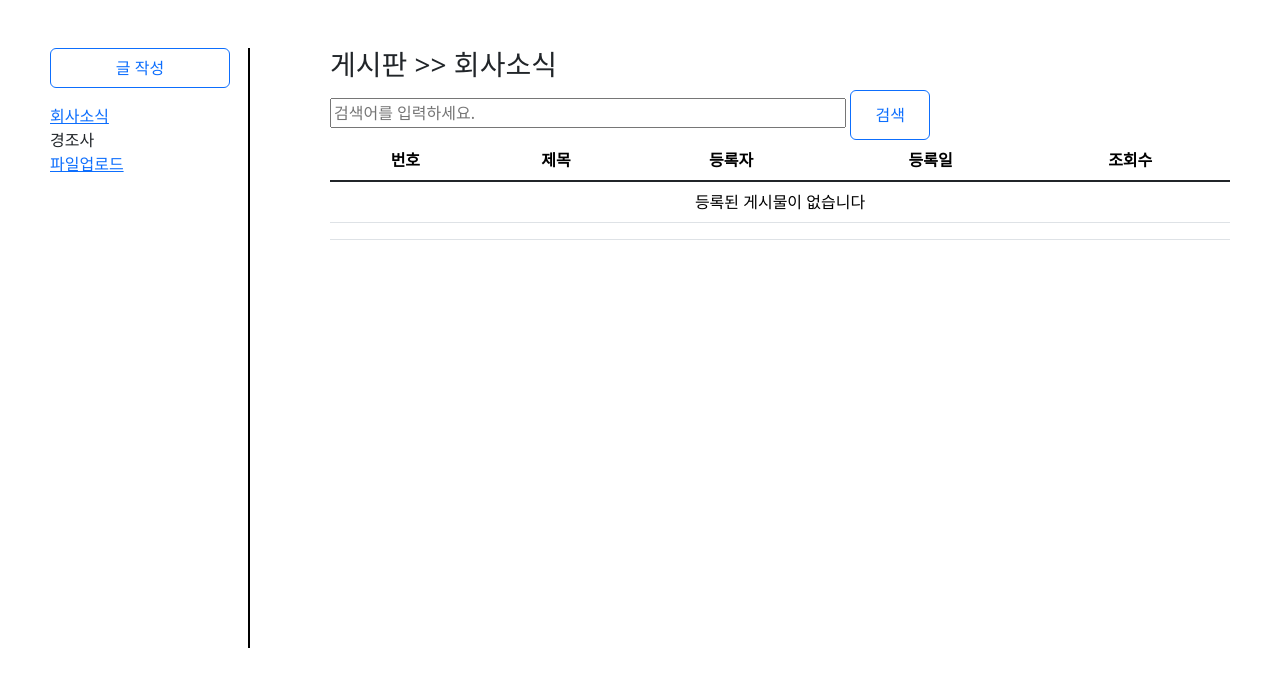
Repository: KimDongGyuu/final
Page: http://localhost/aceworks/WEB-INF/views/company_news/company_news_List.jsp
These files come from the project's save history. The page is drawn as it stood at one moment and after the next save; the edit follows.
The browser window is 1280 px wide. The pictures show the whole page.
The page is served by Tomcat 9. Nobody is signed in. Other server files are loaded and not shown. The template is opened directly, without the code that normally fills it, so the values that code supplies are empty.

Above is the page before, as saved 2024-03-16 13:21:24.

### aceworks/src/main/webapp/WEB-INF/views/company_news/company_news_List.jsp
<%@ page language="java" contentType="text/html; charset=UTF-8"
	pageEncoding="UTF-8"%>
<%@ include file="/WEB-INF/views/include/style.jsp"%>
<%@ taglib uri="http://java.sun.com/jsp/jstl/core" prefix="c"%>
<!DOCTYPE html>
<html>
<head>
<meta charset="UTF-8">
<title>Insert title here</title>
<style>
#left {
	width: 200px;
	height: 600px;
	float: left;
	border-right: 2px solid black;
	margin-left: 50px;
}

#right {
	width: 900px;
	height: 600px;
	margin-left: 330px;
}

#bt {
	width: 180px;
	height: 40px;
}

#Sbt {
	width: 80px;
	height: 50px;
}

h3 {
	text-align: center;
}
</style>
</head>
<body>


	<div>
		<div id="left">
			<button id="bt" type="button" class="btn btn-outline-primary"
				onclick="location.href='company_news_Writeform.do';">글 작성</button>
<div class="mt-3"><a href="company_news_List.do">회사소식</a> <br> 경조사 <br><a href="fileUploadForm.do">파일업로드</a></div>
		</div>
		<div id="right">
		<div class="mt-5 mb-2"><span class="h3">게시판 &gt;&gt; 회사소식</span></div>
<div>
    <form action="company_newsSearch.do">
        <input type="text" id="searchKeyword" name="keyword" placeholder="검색어를 입력하세요." size="50">
        <button id="Sbt" type="submit" class="btn btn-outline-primary">검색</button>
    </form>
</div>
			<table width="1000" cellspacing="0" class="table table-hover">
				<thead>
					<tr align="center">
						<th scope="col">번호</th>
						<th scope="col">제목</th>
						<th scope="col">등록자</th>
						<th scope="col">등록일</th>
						<th scope="col">조회수</th>
					</tr>
				</thead>

				<tbody class="table-group-divider">
			<c:if test="${empty lists }">
				<tr>
					<td colspan="5" align="center">등록된 게시물이 없습니다</td>
				</tr>
			</c:if>

			<c:forEach var="dto" items="${lists }">
			<tr class="text-center">
			<th scope="row">${dto.news_idx }</th>
			<c:url var="company_newsContentUrl" value="company_news_Content.do">
				<c:param name="news_idx">${dto.news_idx }</c:param>
			</c:url>
			<td><a href="${company_newsContentUrl }">${dto.news_title }</a></td>
			<td>${dto.news_writer }</td>
			<td>${dto.news_writedate }</td>
			<td>${dto.news_readnum }</td>
			</tr>
			</c:forEach>
				</tbody>

				<tfoot>
					<tr>
						<td colspan="5" align="center">${pageStr }</td>
					</tr>
				</tfoot>
			</table>
		</div>
	</div>
</body>
</html>

### aceworks/src/main/webapp/WEB-INF/views/include/style.jsp
<%@ page language="java" contentType="text/html; charset=UTF-8"
    pageEncoding="UTF-8"%>
<!DOCTYPE html>
<html>
<head>
<meta charset="UTF-8">
<title>Insert title here</title>
<link
   href="https://cdn.jsdelivr.net/npm/bootstrap@5.3.3/dist/css/bootstrap.min.css"
   rel="stylesheet"
   integrity="sha384-QWTKZyjpPEjISv5WaRU9OFeRpok6YctnYmDr5pNlyT2bRjXh0JMhjY6hW+ALEwIH"
   crossorigin="anonymous">
<script
   src="https://cdn.jsdelivr.net/npm/bootstrap@5.3.3/dist/js/bootstrap.bundle.min.js"
   integrity="sha384-YvpcrYf0tY3lHB60NNkmXc5s9fDVZLESaAA55NDzOxhy9GkcIdslK1eN7N6jIeHz"
   crossorigin="anonymous"></script>
<script
   src="https://cdn.jsdelivr.net/npm/@popperjs/core@2.11.8/dist/umd/popper.min.js"
   integrity="sha384-I7E8VVD/ismYTF4hNIPjVp/Zjvgyol6VFvRkX/vR+Vc4jQkC+hVqc2pM8ODewa9r"
   crossorigin="anonymous"></script>
<script
   src="https://cdn.jsdelivr.net/npm/bootstrap@5.3.3/dist/js/bootstrap.min.js"
   integrity="sha384-0pUGZvbkm6XF6gxjEnlmuGrJXVbNuzT9qBBavbLwCsOGabYfZo0T0to5eqruptLy"
   crossorigin="anonymous"></script>
</head>
<body>

</body>
</html>

After the next save:
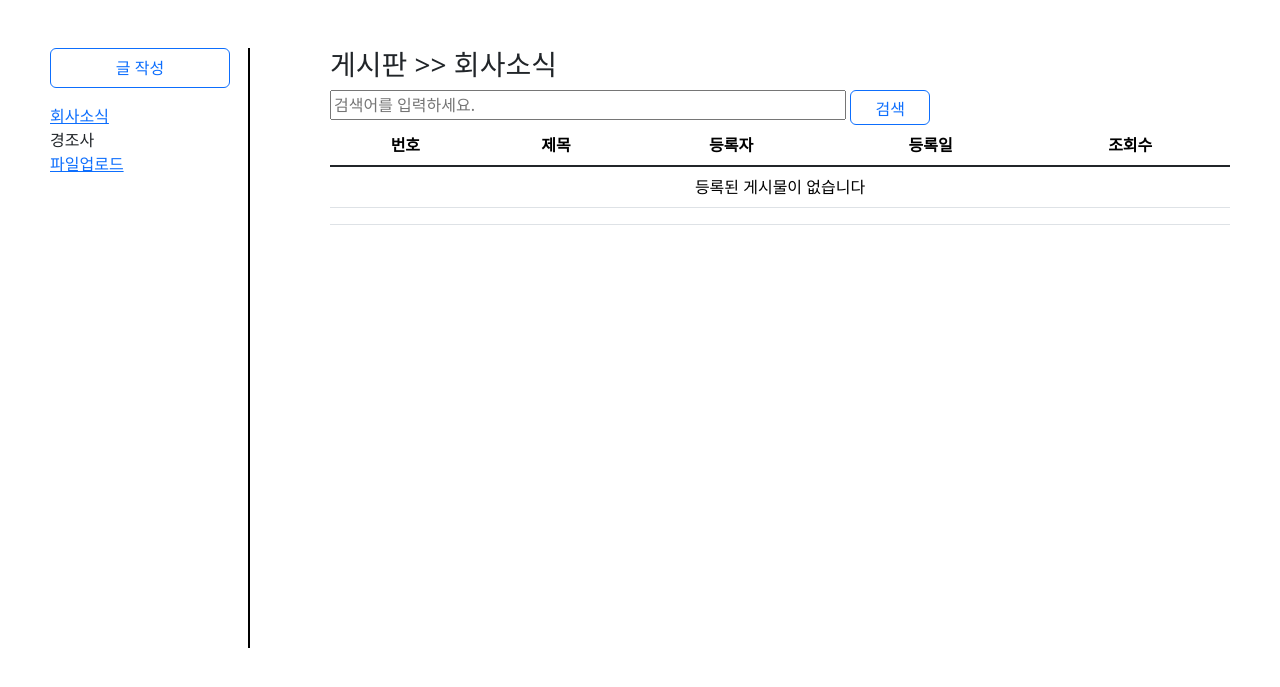
Saved 15 s later.
--- a/aceworks/src/main/webapp/WEB-INF/views/company_news/company_news_List.jsp
+++ b/aceworks/src/main/webapp/WEB-INF/views/company_news/company_news_List.jsp
@@ -29,7 +29,7 @@
 
 #Sbt {
 	width: 80px;
-	height: 50px;
+	height: 35px;
 }
 
 h3 {
